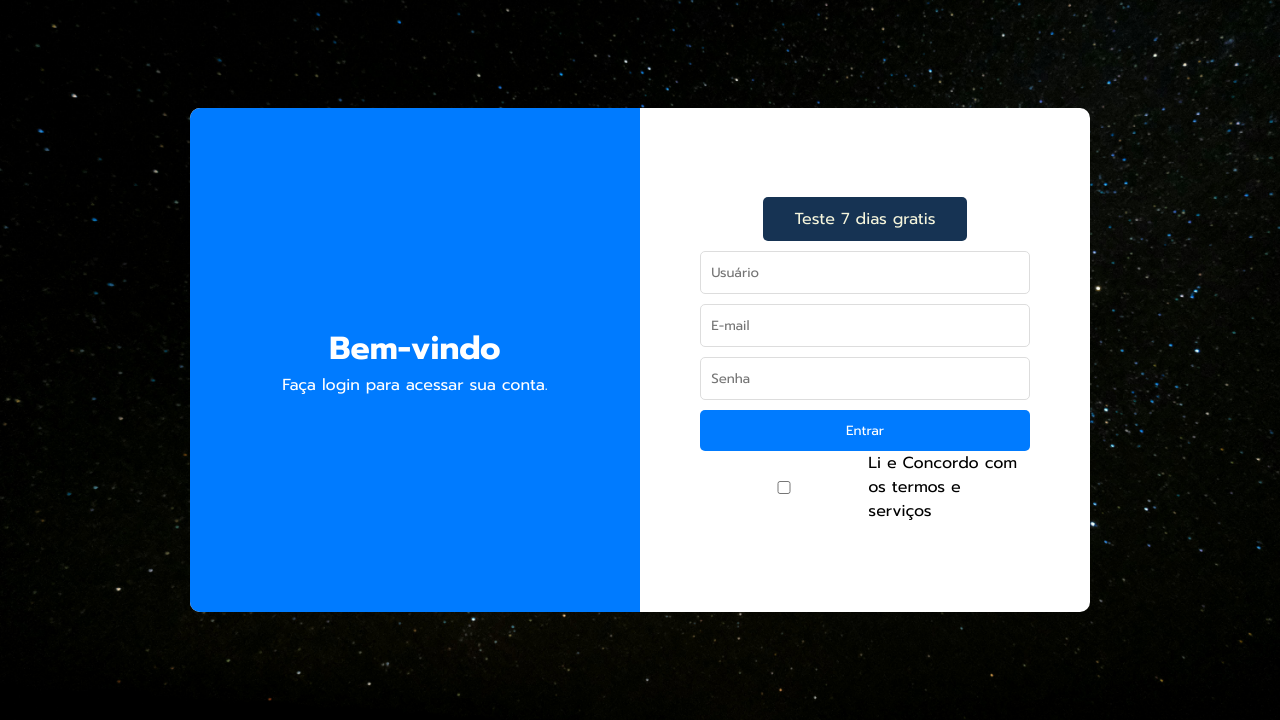
Repository: joao-paulo-paiva/tela-login
Page: index.html
The author's editor kept a copy of each file at every save. The page is drawn from the files as they stood at one save, then again after a run of saves.
The browser window is 1280 px wide. The pictures show the whole page.

Above is the page before, as saved 2025-04-15 11:58:54.

After the next 2 saves:
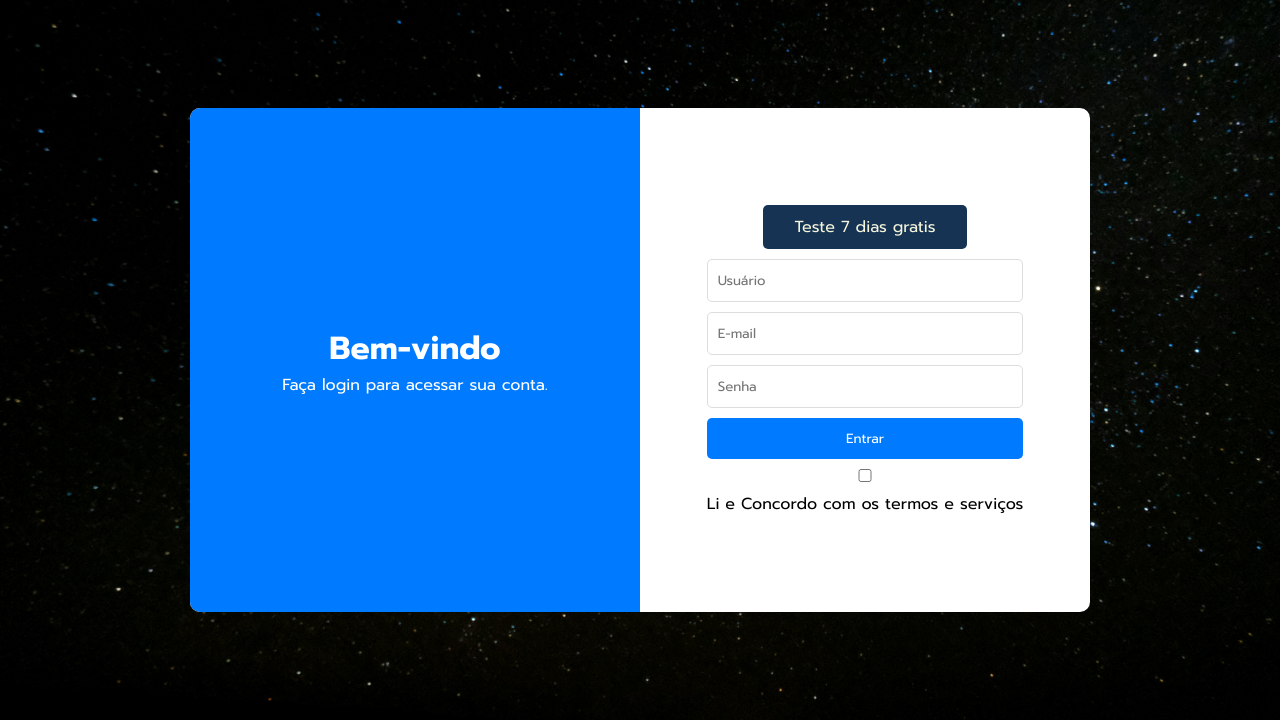
The 2 saves are shown as one change because they came seconds apart.
The last was saved 30 s later.
--- a/style.css
+++ b/style.css
@@ -77,7 +77,3 @@ button {
     border-radius: 5px;
     cursor: pointer;
 }
-.termos{
-    display: flex;
-    align-items: center;
-}
